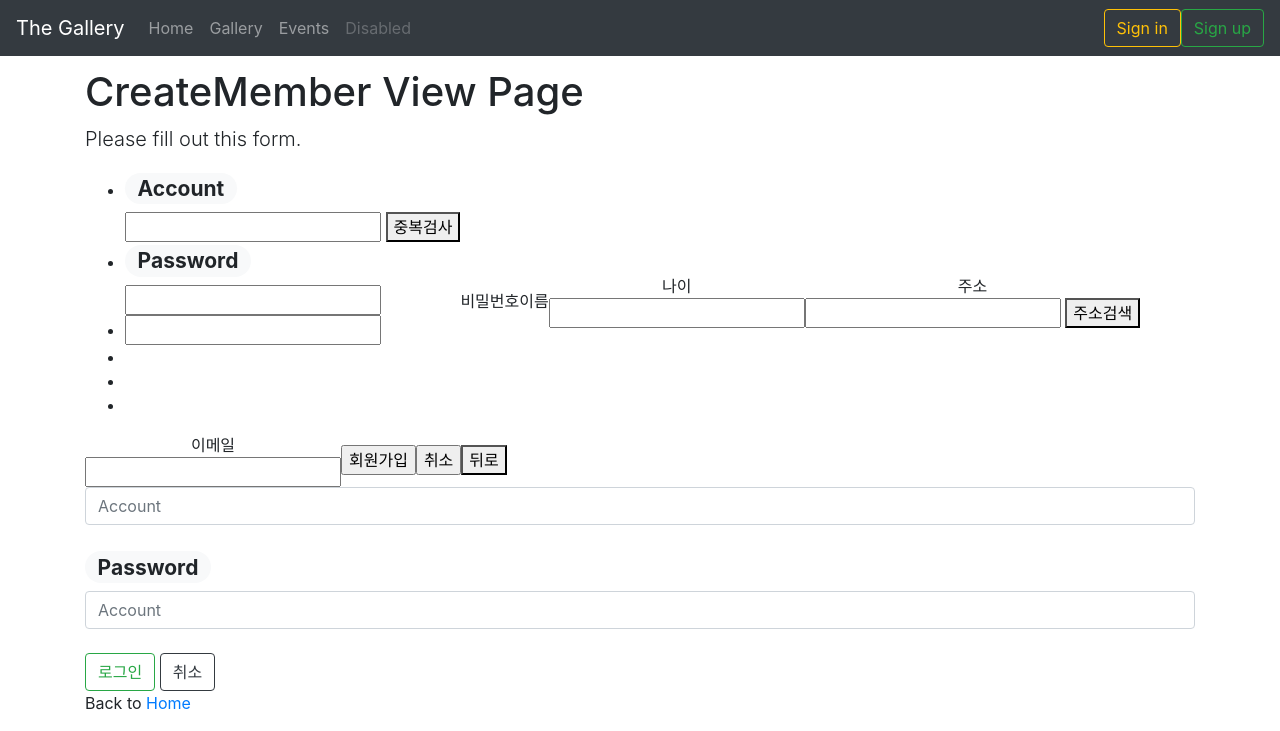
Repository: caramelsyrup/SpringProject1
Page: http://localhost/gallery/WEB-INF/views/member/createMember.jsp
The author's editor kept a copy of each file at every save. The page is drawn from the files as they stood at one save, then again after the next save.
The browser window is 1280 px wide. The pictures show the whole page.
The page is served by Tomcat 9. Nobody is signed in. The template is opened directly, without the code that normally fills it, so the values that code supplies are empty.

Above is the page before, as saved 2020-11-17 03:45:36.

After the next save:
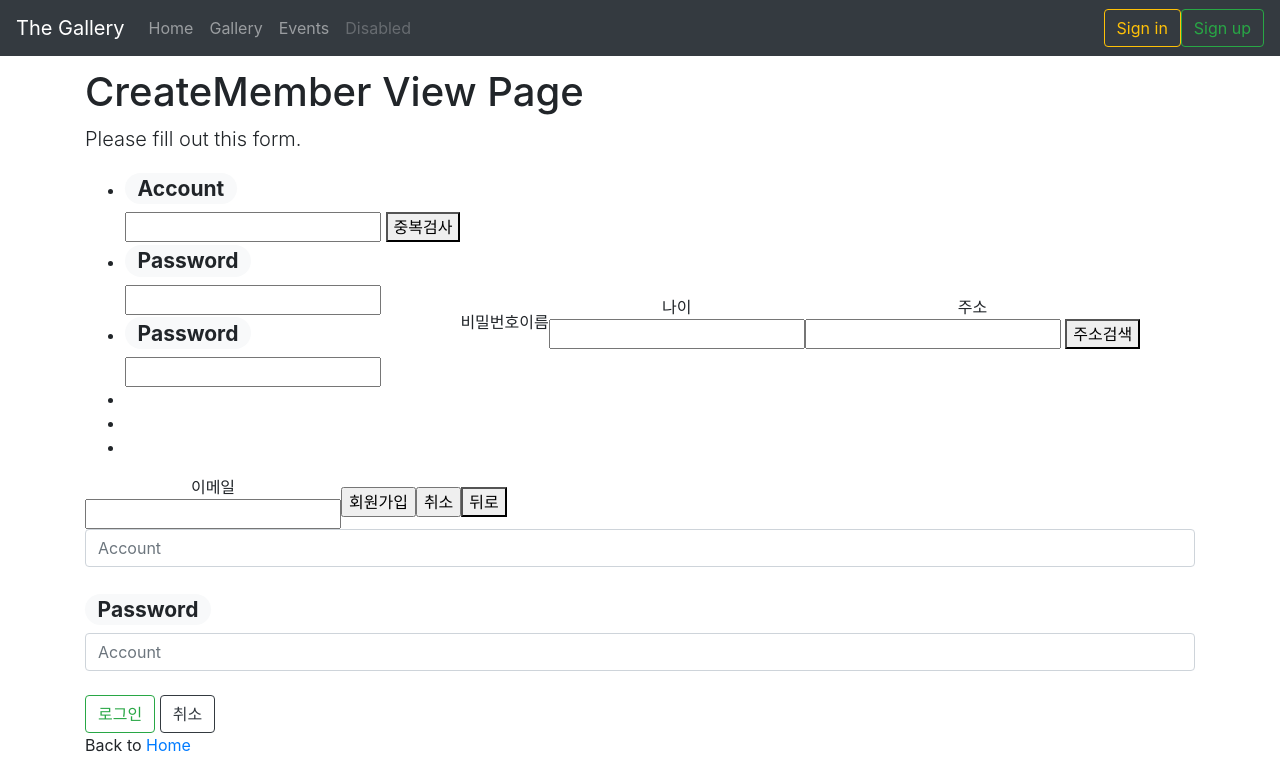
Saved 7 s later.
--- a/gallery/src/main/webapp/WEB-INF/views/member/createMember.jsp
+++ b/gallery/src/main/webapp/WEB-INF/views/member/createMember.jsp
@@ -24,6 +24,7 @@
 				<input type="password" name="password" id="password"/>
 			</li>
 			<li>
+				<h3><span class="badge badge-pill badge-light">Password</span></h3>
 				<!-- 회원 이름 -->
 				<input type="text" name="membername" id="membername"/>
 			</li>
